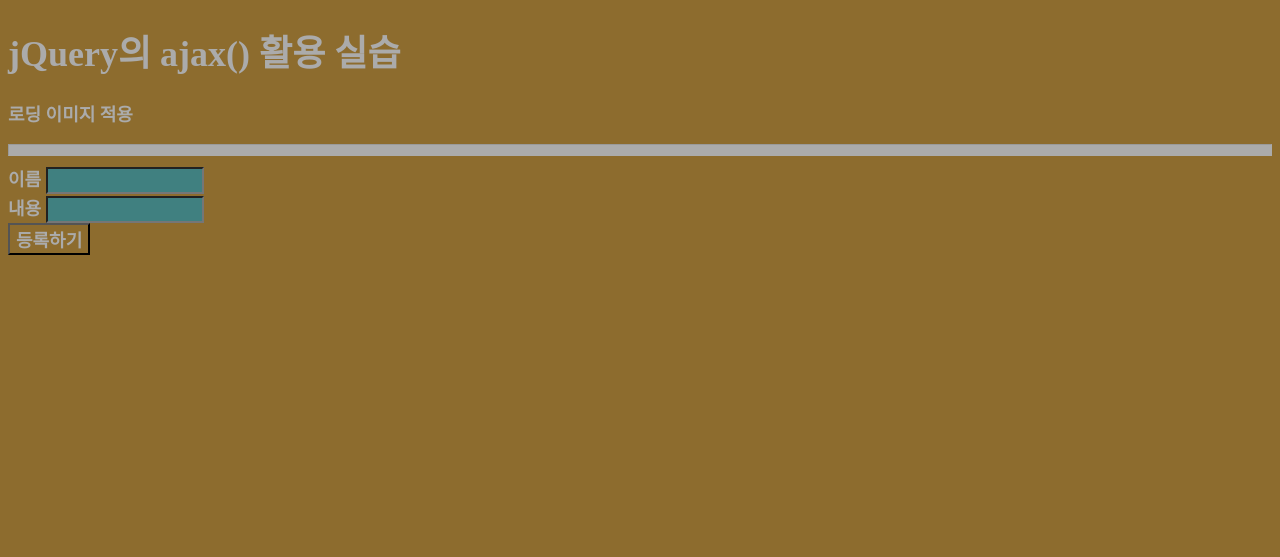
Repository: Umkimisstrong/UM_Webbb
Page: http://localhost/AjaxJquery06/LoadingTest.jsp
An editor plug-in stored every save of this project. The page is shown before and after the next save, followed by the edit.
The browser window is 1280 px wide. The pictures show the whole page.
The page is served by Tomcat 9.

Above is the page before, as saved 2022-05-16 00:21:59.

After the next save:
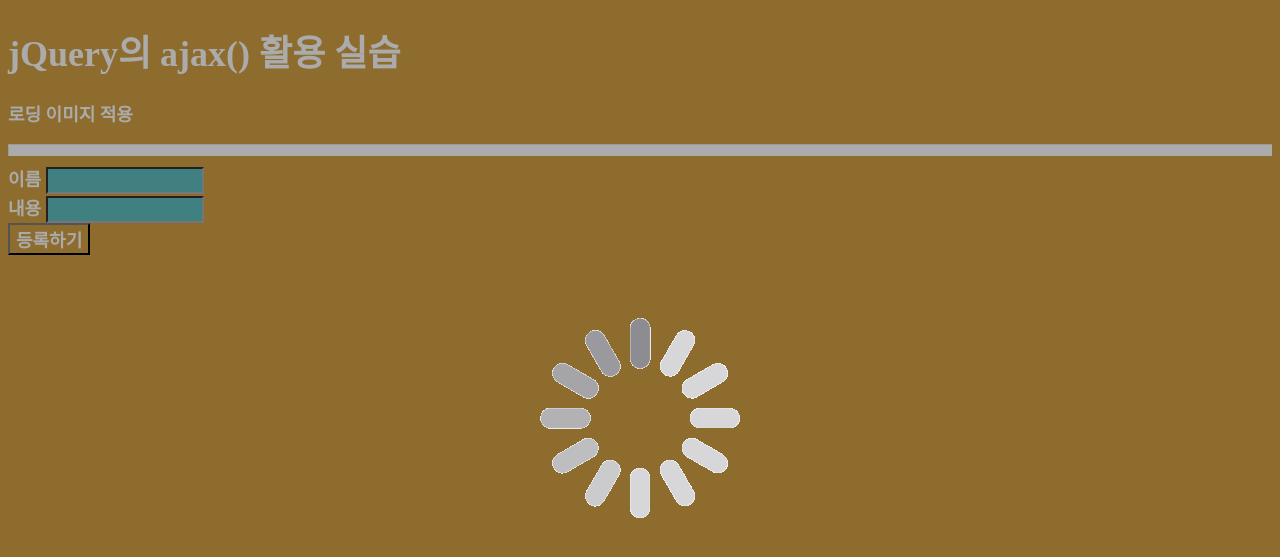
Saved 97 s later.
--- a/AjaxJquery06/WebContent/LoadingTest.jsp
+++ b/AjaxJquery06/WebContent/LoadingTest.jsp
@@ -30,6 +30,11 @@
 <br />
 
 
+<div id="loading" style="text-align: center;">
+	<img src="images/loading_01.gif" alt="" style="align-items: center;"/>
+
+</div>
+
 <div id="resultDiv">
 
 </div>

After the save that followed:
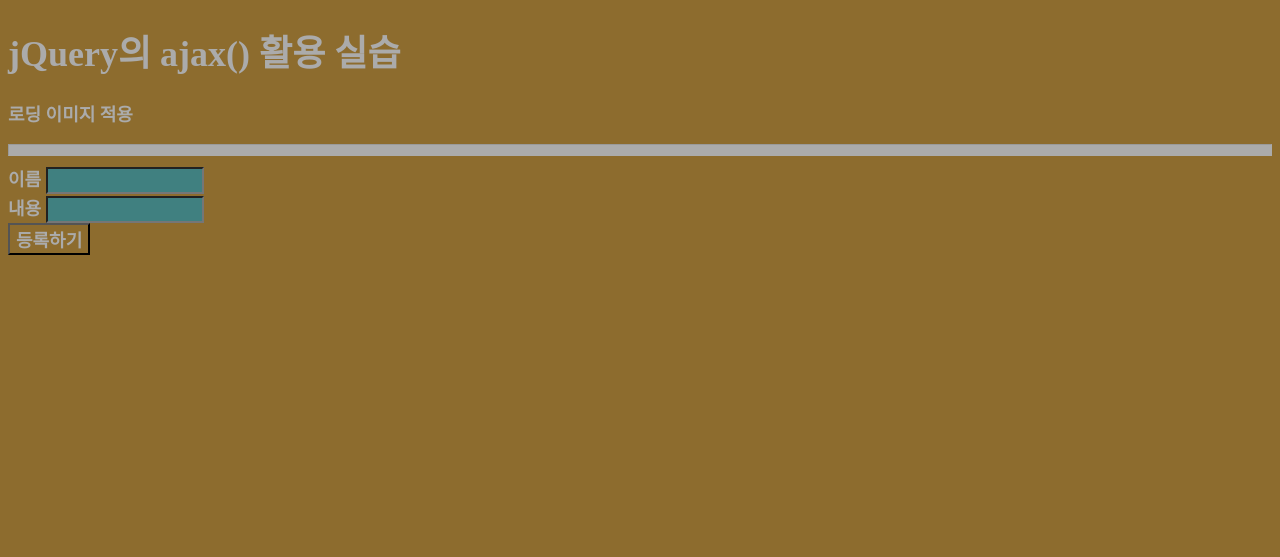
Saved 55 s later.
--- a/AjaxJquery06/WebContent/LoadingTest.jsp
+++ b/AjaxJquery06/WebContent/LoadingTest.jsp
@@ -30,7 +30,7 @@
 <br />
 
 
-<div id="loading" style="text-align: center;">
+<div id="loading" style="text-align: center; display: none;" >
 	<img src="images/loading_01.gif" alt="" style="align-items: center;"/>
 
 </div>
